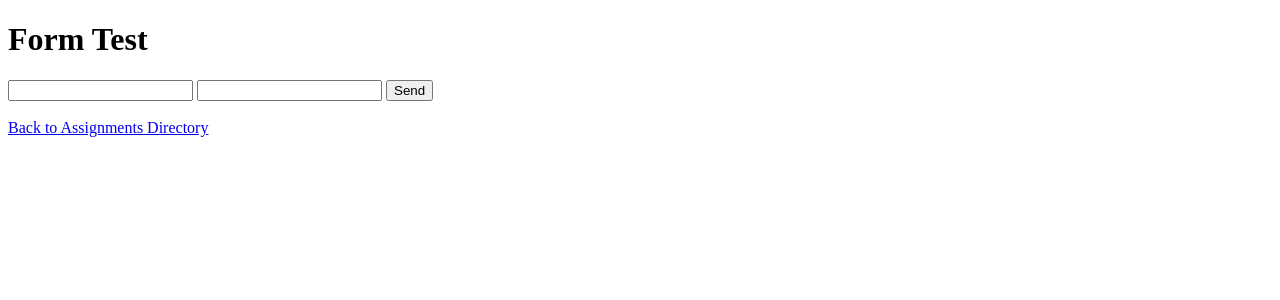
Repository: mclearc1/IMM-130-Files
Page: assignments_directory/assignments/form.html
The author's editor kept a record of every edit. The page is drawn from the files as they stood at one moment, then again after the next edit.
The browser window is 1280 px wide. The pictures show the whole page.

Above is the page before.

After the next edit:
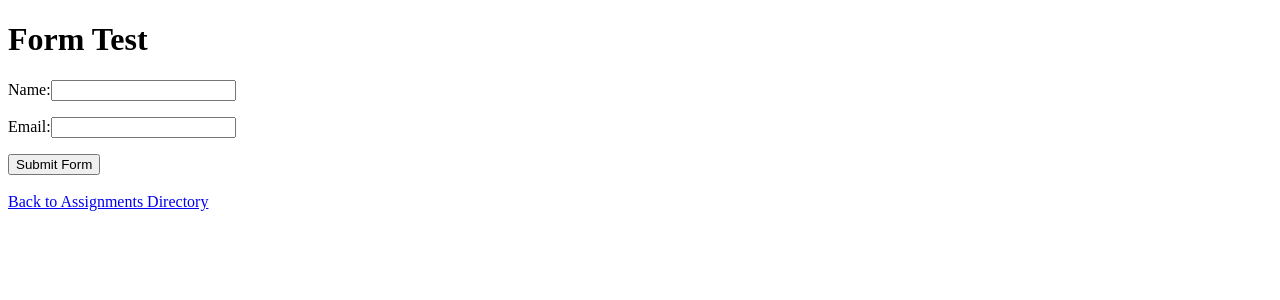
The edit:
--- a/assignments_directory/assignments/form.html
+++ b/assignments_directory/assignments/form.html
@@ -14,9 +14,9 @@
 <body>
 <h1>Form Test</h1>
 <form action="https://formspree.io/xyywboda" method="POST">
-  <input type="text" name="name">
-  <input type="email" name="_replyto">
-  <input type="submit" value="Send">
+  <p>Name:<input type="text" name="name"></p>
+  <p>Email:<input type="email" name="_replyto"></p>
+  <input type="submit" value="Submit Form">
 </form><br>
 <a href="../assignments.html">Back to Assignments Directory</a>
 </body>
